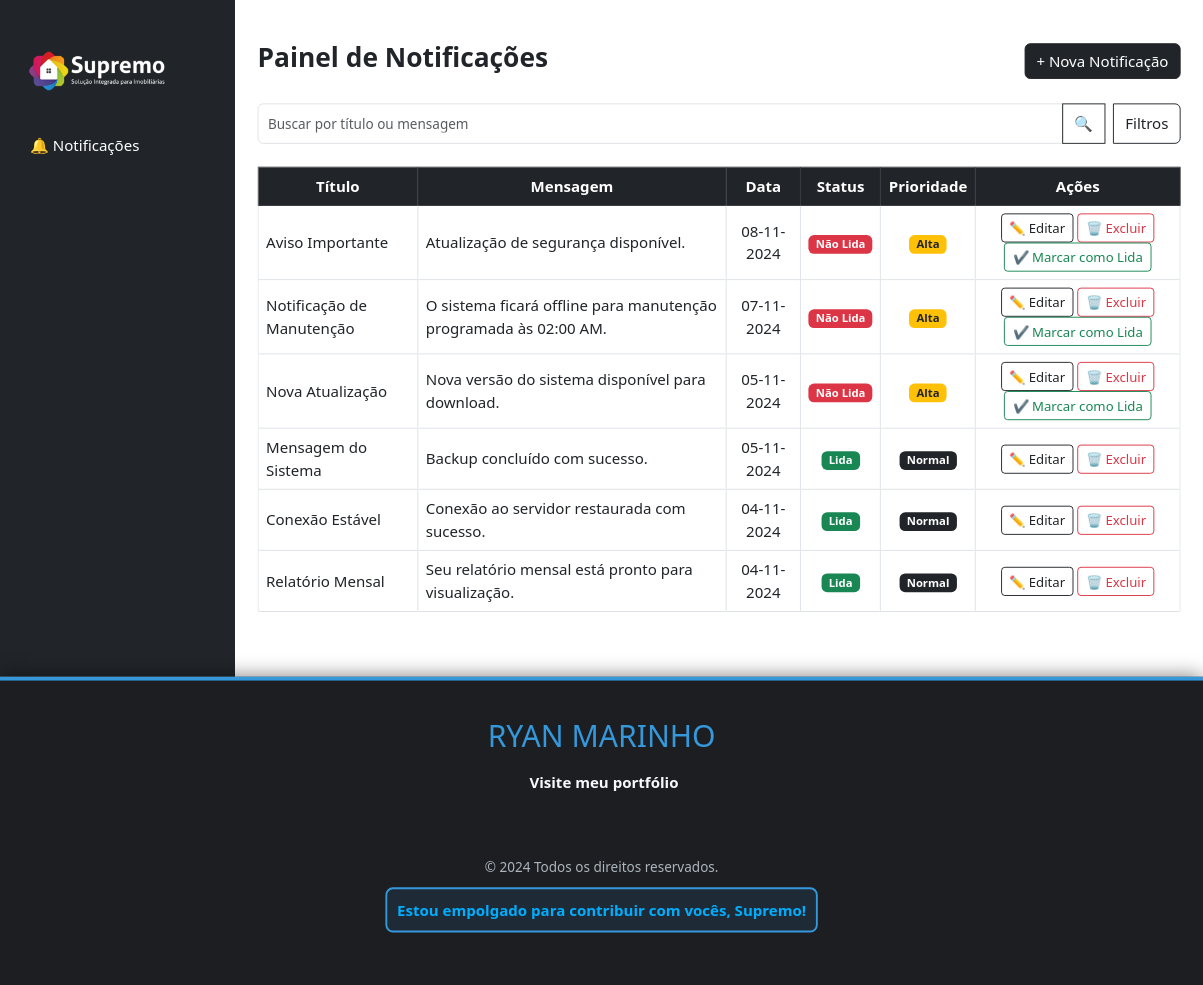
Repository: ryanmarinhodev/Supremo-html-css-teste
Page: notificações/notificacoes.html
An editor plug-in stored every save of this project. The page is shown before and after the next save, followed by the edit.
The browser window is 1280 px wide. The pictures show the whole page, at 94% of full size.

Above is the page before, as saved 2024-11-08 13:57:02.

### notificações/notificacoes.html
<!DOCTYPE html>
<html lang="pt-BR">
<head>
    <meta charset="UTF-8">
    <meta name="viewport" content="width=device-width, initial-scale=1.0">
    <title>Painel de Notificações</title>
    <link rel="stylesheet" href="https://cdnjs.cloudflare.com/ajax/libs/bootstrap/5.3.0/css/bootstrap.min.css">
    <link rel="stylesheet" href="./notificacoes.css">
</head>
<body>
    <div class="container-fluid">
        <div class="row flex-nowrap">
            <nav class="col-md-3 col-lg-2 barra-lateral d-md-flex flex-column align-items-center p-3 bg-dark text-white">
                <div class="logo-container my-4">
                    <img src="../images/logo-supremo-branco.png" alt="Logo Supremo" class="logo">
                </div>
                <ul class="nav flex-column w-100">
                    <li class="nav-item">
                        <a class="nav-link text-white active" href="#">🔔 Notificações</a>
                    </li>
                </ul>
            </nav>

            <main class="col px-4 conteudo-principal">
                <header class="cabecalho d-flex justify-content-between align-items-center mt-4">
                    <h2>Painel de Notificações</h2>
                    <button class="btn btn-dark">+ Nova Notificação</button>
                </header>

                <section class="painel-notificacoes mt-4">
                    <div class="input-group mb-4">
                        <input type="text" class="form-control" placeholder="Buscar por título ou mensagem">
                        <button class="btn btn-outline-dark" type="button">🔍</button>
                        <button class="btn btn-outline-dark ms-2" type="button">Filtros</button>
                    </div>

                    <div class="table-responsive">
                        <table class="table table-hover align-middle table-bordered">
                            <thead class="table-dark">
                                <tr>
                                    <th class="text-center">Título</th>
                                    <th class="text-center">Mensagem</th>
                                    <th class="text-center">Data</th>
                                    <th class="text-center">Status</th>
                                    <th class="text-center">Prioridade</th>
                                    <th class="text-center">Ações</th>
                                </tr>
                            </thead>
                            <tbody>
                                <tr>
                                    <td>Aviso Importante</td>
                                    <td>Atualização de segurança disponível.</td>
                                    <td class="text-center">08-11-2024</td>
                                    <td class="text-center"><span class="badge bg-danger">Não Lida</span></td>
                                    <td class="text-center"><span class="badge bg-warning text-dark">Alta</span></td>
                                    <td class="acoes text-center">
                                        <button class="btn btn-outline-dark btn-sm">✏️ Editar</button>
                                        <button class="btn btn-outline-danger btn-sm">🗑️ Excluir</button>
                                        <button class="btn btn-outline-success btn-sm">✔️ Marcar como Lida</button>
                                    </td>
                                </tr>
                                <tr>
                                    <td>Notificação de Manutenção</td>
                                    <td>O sistema ficará offline para manutenção programada às 02:00 AM.</td>
                                    <td class="text-center">07-11-2024</td>
                                    <td class="text-center"><span class="badge bg-danger">Não Lida</span></td>
                                    <td class="text-center"><span class="badge bg-warning text-dark">Alta</span></td>
                                    <td class="acoes text-center">
                                        <button class="btn btn-outline-dark btn-sm">✏️ Editar</button>
                                        <button class="btn btn-outline-danger btn-sm">🗑️ Excluir</button>
                                        <button class="btn btn-outline-success btn-sm">✔️ Marcar como Lida</button>
                                    </td>
                                </tr>
                                <tr>
                                    <td>Nova Atualização</td>
                                    <td>Nova versão do sistema disponível para download.</td>
                                    <td class="text-center">05-11-2024</td>
                                    <td class="text-center"><span class="badge bg-danger">Não Lida</span></td>
                                    <td class="text-center"><span class="badge bg-warning text-dark">Alta</span></td>
                                    <td class="acoes text-center">
                                        <button class="btn btn-outline-dark btn-sm">✏️ Editar</button>
                                        <button class="btn btn-outline-danger btn-sm">🗑️ Excluir</button>
                                        <button class="btn btn-outline-success btn-sm">✔️ Marcar como Lida</button>
                                        <tr>
                                            <td>Mensagem do Sistema</td>
                                            <td>Backup concluído com sucesso.</td>
                                            <td class="text-center">05-11-2024</td>
                                            <td class="text-center"><span class="badge bg-success">Lida</span></td>
                                            <td class="text-center"><span class="badge bg-dark">Normal</span></td>
                                            <td class="acoes text-center">
                                                <button class="btn btn-outline-dark btn-sm">✏️ Editar</button>
                                                <button class="btn btn-outline-danger btn-sm">🗑️ Excluir</button>
                                            </td>
                                        </tr>
                                    </td>
                                </tr>
                                <tr>
                                    <td>Conexão Estável</td>
                                    <td>Conexão ao servidor restaurada com sucesso.</td>
                                    <td class="text-center">04-11-2024</td>
                                    <td class="text-center"><span class="badge bg-success">Lida</span></td>
                                    <td class="text-center"><span class="badge bg-dark">Normal</span></td>
                                    <td class="acoes text-center">
                                        <button class="btn btn-outline-dark btn-sm">✏️ Editar</button>
                                        <button class="btn btn-outline-danger btn-sm">🗑️ Excluir</button>
                                    </td>
                                </tr>
                                <tr>
                                    <td>Relatório Mensal</td>
                                    <td>Seu relatório mensal está pronto para visualização.</td>
                                    <td class="text-center">04-11-2024</td>
                                    <td class="text-center"><span class="badge bg-success">Lida</span></td>
                                    <td class="text-center"><span class="badge bg-dark">Normal</span></td>
                                    <td class="acoes text-center">
                                        <button class="btn btn-outline-dark btn-sm">✏️ Editar</button>
                                        <button class="btn btn-outline-danger btn-sm">🗑️ Excluir</button>
                                    </td>
                                </tr>
                            </tbody>
                        </table>
                    </div>
                </section>
            </main>
        </div>
    </div>

    <footer class="footer">
        <div class="footer-content">
            <div class="footer-logo">
                <h2>Ryan Marinho</h2>
            </div>
            <nav class="footer-nav">
                <a href="https://portfolio-ryann.netlify.app/" target="_blank" rel="noopener noreferrer">
                    <i class="portfolio-icon fas fa-external-link-alt"></i>
                    <span class="portfolio-text">Visite meu portfólio</span>
                </a>
            </nav>
            <div class="footer-social">
                <a href="https://www.linkedin.com/in/ryan-marinho-861120211/" target="_blank" rel="noopener noreferrer">
                    <i class="fab fa-linkedin" style="font-size: 24px;"></i>
                </a>
                <a href="https://github.com/ryanmarinhodev" target="_blank" rel="noopener noreferrer">
                    <i class="fab fa-github" style="font-size: 24px;"></i>
                </a>
            </div>
            <p class="footer-copy">
                &copy; <span id="currentYear"></span> Todos os direitos reservados.
            </p>
            <p class="footer-note">
                Estou empolgado para contribuir com vocês, Supremo!
            </p>
        </div>
    </footer>
    <script>document.getElementById('currentYear').textContent = new Date().getFullYear();</script>
</body>
</html>

### notificações/notificacoes.css
.barra-lateral {
    background-color: #343a40;
    color: #ffffff;
    min-height: 100vh;
    width: 250px;
}

.barra-lateral .logo {
    width: 80%;
    padding: 15px;
}

.conteudo-principal {
    padding: 20px;
}

.cabecalho h2 {
    font-size: 1.75rem;
    font-weight: bold;
}

.cabecalho .btn-primary {
    padding: 10px 20px;
    background-color: #343a40;
    border-color: #343a40;
}

.painel-notificacoes .input-group .form-control {
    border-radius: 0.375rem;
    font-size: 0.9rem;
    padding: 10px;
}

.table-hover tbody tr:hover {
    background-color: #f8f9fa;
}

.footer {
    background-color: #1c1e22;
    color: #f8f9fa;
    text-align: center;
    padding: 40px 20px;
    position: relative;
    bottom: 0;
    width: 100%;
    box-shadow: 0 -1px 20px rgba(0, 0, 0, 0.5);
    border-top: 4px solid #3498db;
}

.footer-content {
    max-width: 1200px;
    margin: auto;
    display: flex;
    flex-direction: column;
    align-items: center;
}

.footer-logo {
    font-size: 2em;
    font-weight: bold;
    margin-bottom: 10px;
    color: #3498db;
    text-transform: uppercase;
}

.footer-nav {
    margin-bottom: 10px;
}

.footer-nav a {
    color: #f8f9fa;
    text-decoration: none;
    margin: 0 15px;
    transition: color 0.3s, transform 0.3s;
}

.footer-nav a:hover {
    color: #3498db;
    transform: scale(1.1);
}

.portfolio-icon {
    margin-right: 5px;
    vertical-align: middle;
}

.portfolio-text {
    font-weight: bold;
}

.footer-social {
    margin: 10px 0;
}

.footer-social a {
    color: #f8f9fa;
    margin: 0 10px;
    transition: color 0.3s;
}

.footer-social a:hover {
    color: #3498db;
}

.footer-copy {
    font-size: 0.9em;
    margin: 0;
    color: #adb5bd;
}

.footer-note {
    font-size: 1em;
    color: #00aeff;
    margin-top: 10px;
    font-weight: bold;
    padding: 10px;
    border: 2px solid #3498db;
    border-radius: 8px;
    background-color: rgba(52, 152, 219, 0.1);
    transition: transform 0.3s;
}

.footer-note:hover {
    transform: scale(1.05);
}


@media (max-width: 768px) {
    .barra-lateral {
        display: none;
    }

    .conteudo-principal {
        padding: 10px;
    }

    .cabecalho h2 {
        font-size: 1.5rem;
    }

    .logo {
        width: 80px;
    }
}

After the next save:
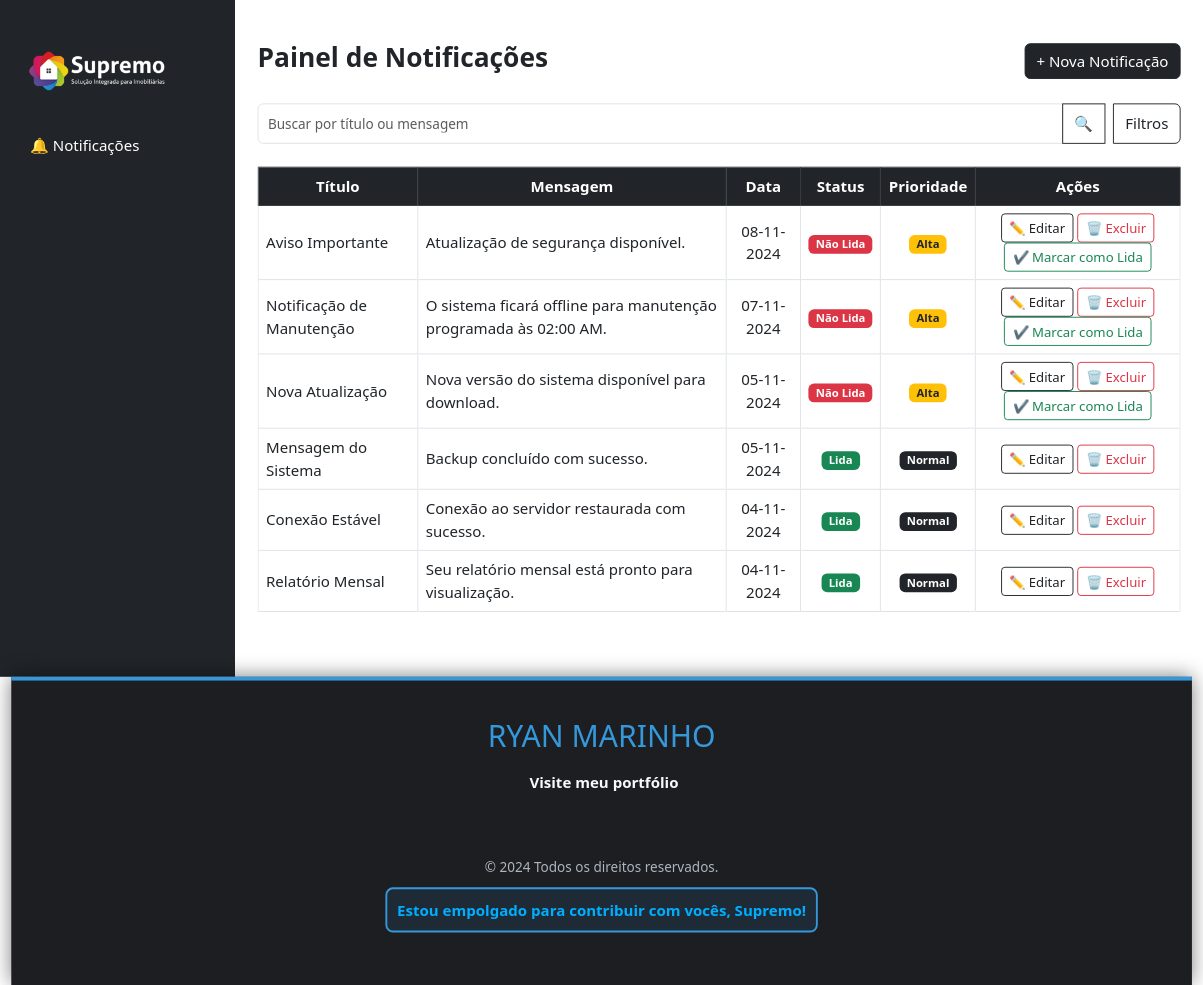
Saved 19 s later.
--- a/notificações/notificacoes.html
+++ b/notificações/notificacoes.html
@@ -122,35 +122,35 @@
                 </section>
             </main>
         </div>
+        <footer class="footer">
+            <div class="footer-content">
+                <div class="footer-logo">
+                    <h2>Ryan Marinho</h2>
+                </div>
+                <nav class="footer-nav">
+                    <a href="https://portfolio-ryann.netlify.app/" target="_blank" rel="noopener noreferrer">
+                        <i class="portfolio-icon fas fa-external-link-alt"></i>
+                        <span class="portfolio-text">Visite meu portfólio</span>
+                    </a>
+                </nav>
+                <div class="footer-social">
+                    <a href="https://www.linkedin.com/in/ryan-marinho-861120211/" target="_blank" rel="noopener noreferrer">
+                        <i class="fab fa-linkedin" style="font-size: 24px;"></i>
+                    </a>
+                    <a href="https://github.com/ryanmarinhodev" target="_blank" rel="noopener noreferrer">
+                        <i class="fab fa-github" style="font-size: 24px;"></i>
+                    </a>
+                </div>
+                <p class="footer-copy">
+                    &copy; <span id="currentYear"></span> Todos os direitos reservados.
+                </p>
+                <p class="footer-note">
+                    Estou empolgado para contribuir com vocês, Supremo!
+                </p>
+            </div>
+        </footer>
     </div>
 
-    <footer class="footer">
-        <div class="footer-content">
-            <div class="footer-logo">
-                <h2>Ryan Marinho</h2>
-            </div>
-            <nav class="footer-nav">
-                <a href="https://portfolio-ryann.netlify.app/" target="_blank" rel="noopener noreferrer">
-                    <i class="portfolio-icon fas fa-external-link-alt"></i>
-                    <span class="portfolio-text">Visite meu portfólio</span>
-                </a>
-            </nav>
-            <div class="footer-social">
-                <a href="https://www.linkedin.com/in/ryan-marinho-861120211/" target="_blank" rel="noopener noreferrer">
-                    <i class="fab fa-linkedin" style="font-size: 24px;"></i>
-                </a>
-                <a href="https://github.com/ryanmarinhodev" target="_blank" rel="noopener noreferrer">
-                    <i class="fab fa-github" style="font-size: 24px;"></i>
-                </a>
-            </div>
-            <p class="footer-copy">
-                &copy; <span id="currentYear"></span> Todos os direitos reservados.
-            </p>
-            <p class="footer-note">
-                Estou empolgado para contribuir com vocês, Supremo!
-            </p>
-        </div>
-    </footer>
     <script>document.getElementById('currentYear').textContent = new Date().getFullYear();</script>
 </body>
 </html>

After the save that followed:
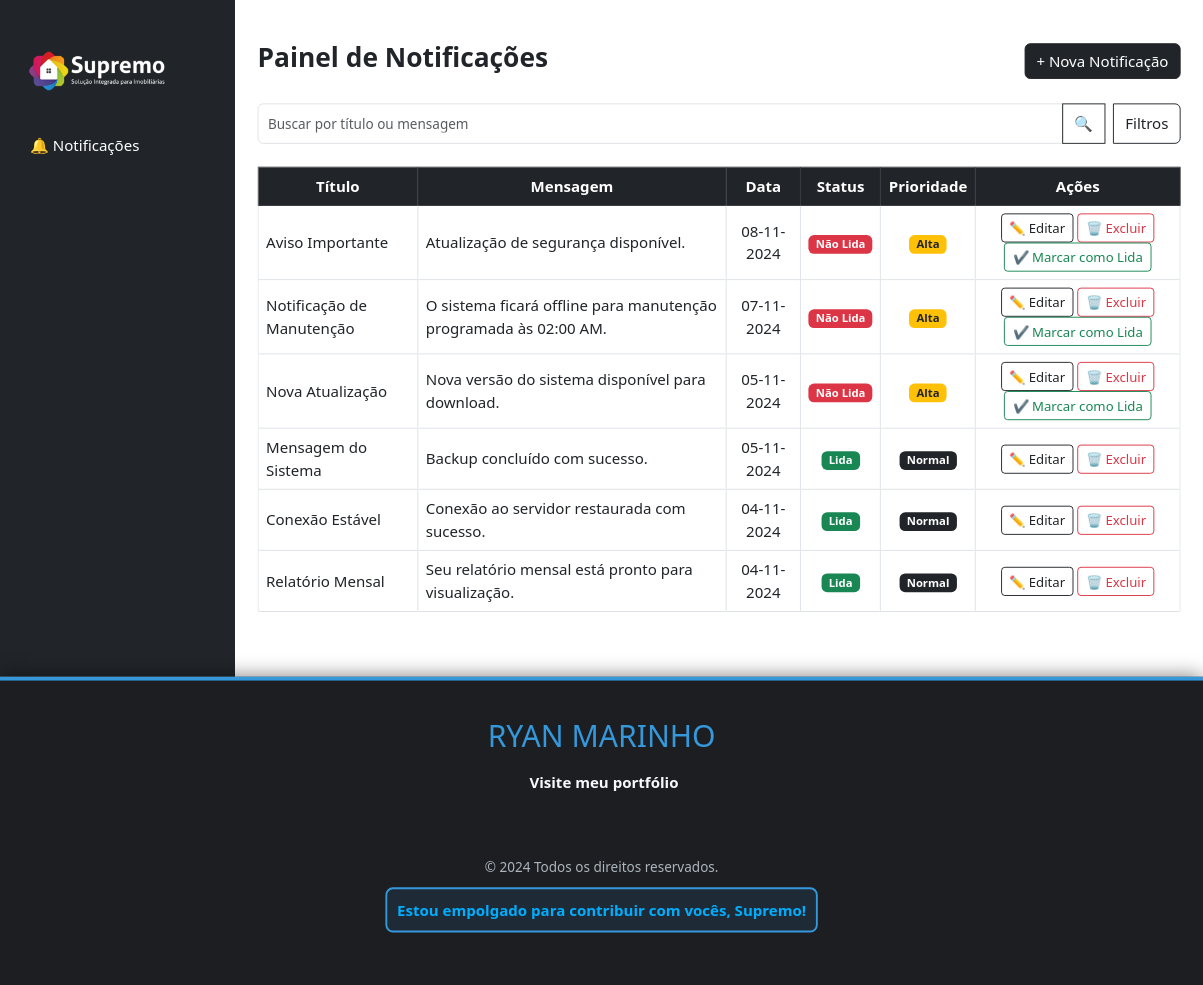
Saved 6 s later.
--- a/notificações/notificacoes.html
+++ b/notificações/notificacoes.html
@@ -122,34 +122,34 @@
                 </section>
             </main>
         </div>
-        <footer class="footer">
-            <div class="footer-content">
-                <div class="footer-logo">
-                    <h2>Ryan Marinho</h2>
-                </div>
-                <nav class="footer-nav">
-                    <a href="https://portfolio-ryann.netlify.app/" target="_blank" rel="noopener noreferrer">
-                        <i class="portfolio-icon fas fa-external-link-alt"></i>
-                        <span class="portfolio-text">Visite meu portfólio</span>
-                    </a>
-                </nav>
-                <div class="footer-social">
-                    <a href="https://www.linkedin.com/in/ryan-marinho-861120211/" target="_blank" rel="noopener noreferrer">
-                        <i class="fab fa-linkedin" style="font-size: 24px;"></i>
-                    </a>
-                    <a href="https://github.com/ryanmarinhodev" target="_blank" rel="noopener noreferrer">
-                        <i class="fab fa-github" style="font-size: 24px;"></i>
-                    </a>
-                </div>
-                <p class="footer-copy">
-                    &copy; <span id="currentYear"></span> Todos os direitos reservados.
-                </p>
-                <p class="footer-note">
-                    Estou empolgado para contribuir com vocês, Supremo!
-                </p>
+    </div>
+    <footer class="footer">
+        <div class="footer-content">
+            <div class="footer-logo">
+                <h2>Ryan Marinho</h2>
             </div>
-        </footer>
-    </div>
+            <nav class="footer-nav">
+                <a href="https://portfolio-ryann.netlify.app/" target="_blank" rel="noopener noreferrer">
+                    <i class="portfolio-icon fas fa-external-link-alt"></i>
+                    <span class="portfolio-text">Visite meu portfólio</span>
+                </a>
+            </nav>
+            <div class="footer-social">
+                <a href="https://www.linkedin.com/in/ryan-marinho-861120211/" target="_blank" rel="noopener noreferrer">
+                    <i class="fab fa-linkedin" style="font-size: 24px;"></i>
+                </a>
+                <a href="https://github.com/ryanmarinhodev" target="_blank" rel="noopener noreferrer">
+                    <i class="fab fa-github" style="font-size: 24px;"></i>
+                </a>
+            </div>
+            <p class="footer-copy">
+                &copy; <span id="currentYear"></span> Todos os direitos reservados.
+            </p>
+            <p class="footer-note">
+                Estou empolgado para contribuir com vocês, Supremo!
+            </p>
+        </div>
+    </footer>
 
     <script>document.getElementById('currentYear').textContent = new Date().getFullYear();</script>
 </body>
